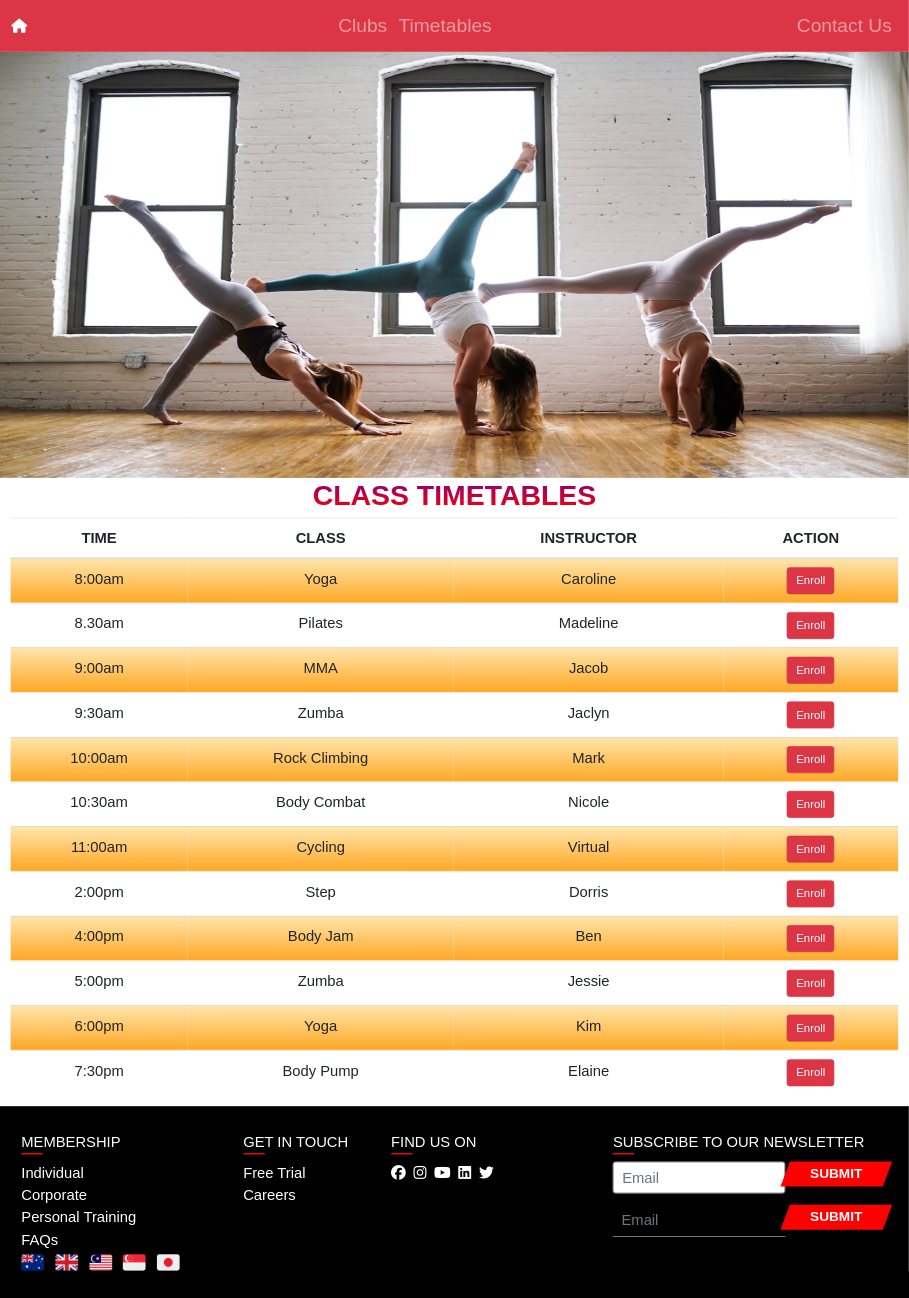
Repository: KJY93/User_Centric_Frontend_Development_Project
Page: timetables.html
The author's editor kept a record of every edit. The page is drawn from the files as they stood at one moment, then again after the next edit.
The browser window is 1280 px wide. The pictures show the whole page, at 71% of full size.
Some web fonts or font styles are not loaded; a fallback is used. Some web libraries are served in a nearby version.

Above is the page before.

After the next edit:
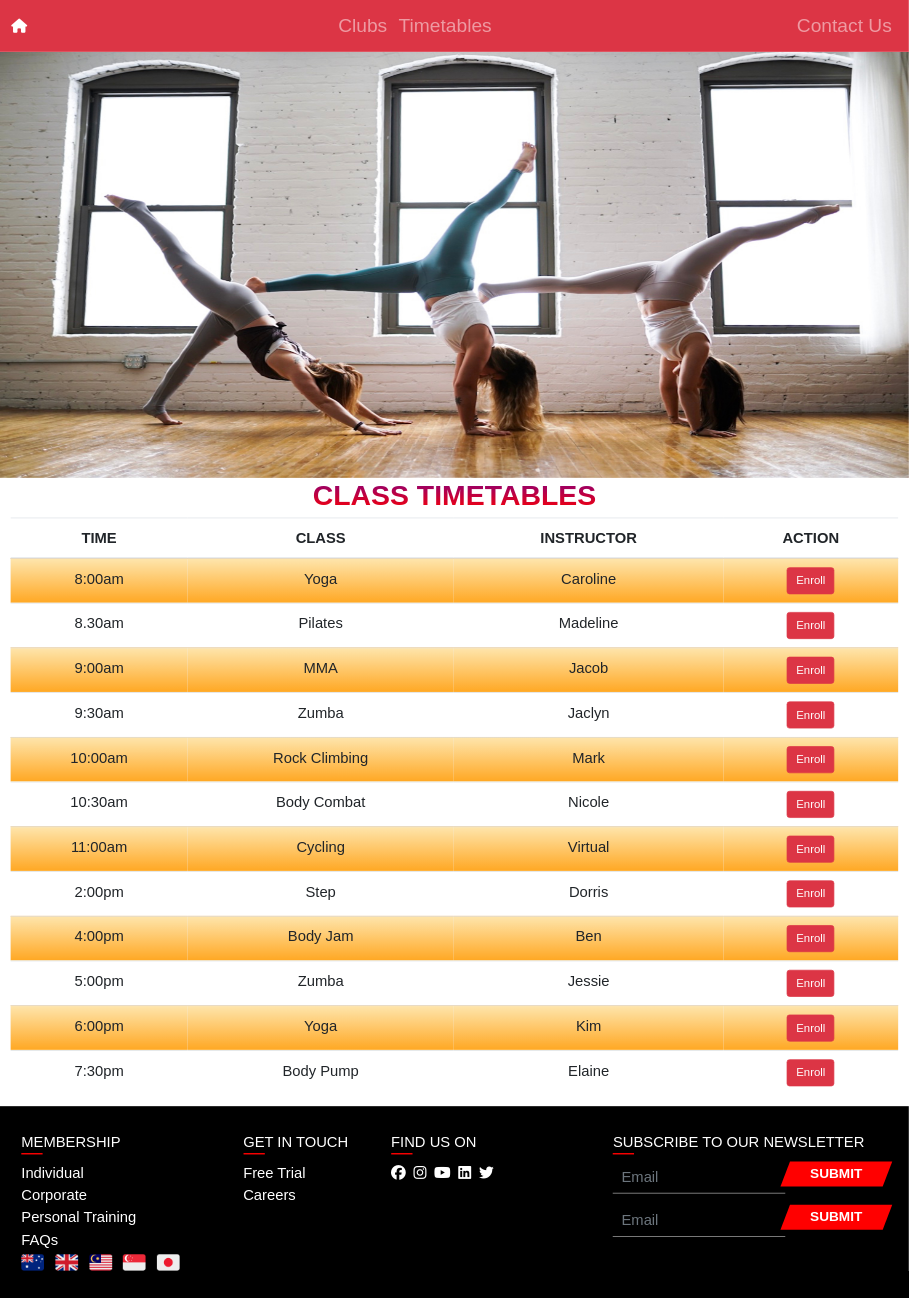
The edit:
--- a/timetables.html
+++ b/timetables.html
@@ -189,7 +189,7 @@
 							<form method="post" action="">
 								<div class="input-field-container">
 									<div class="form-group">
-										<input type="email" class="form-control" placeholder="Email" required>
+										<input id="subscription" type="email" class="form-control" placeholder="Email" required>
 									</div>
 
 									<div class="each">
